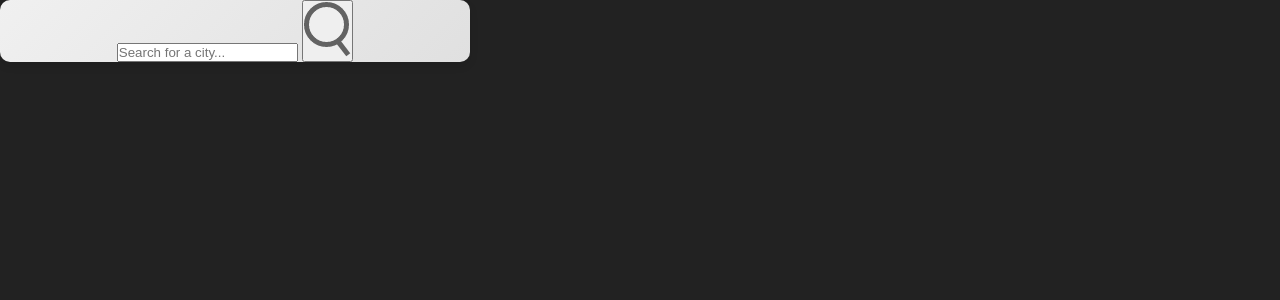
Repository: Abdelilah-Lakrim/Weather-App
Page: index.html
The author's editor kept a copy of each file at every save. The page is drawn from the files as they stood at one save, then again after a run of saves.
The browser window is 1280 px wide. The pictures show the whole page.

Above is the page before, as saved 2025-06-17 11:01:29.

After the next 4 saves:
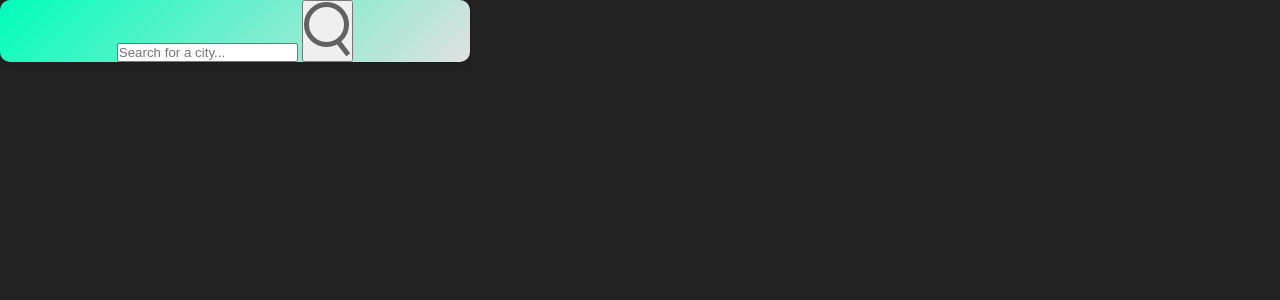
The 4 saves are shown as one change because they came seconds apart.
The last was saved 15 s later.
--- a/style.css
+++ b/style.css
@@ -11,7 +11,7 @@ body{
 .card{
     width: 90%;
     max-width: 470px;
-    background: linear-gradient(135deg, #f0f0f0, #e0e0e0);
+    background: linear-gradient(135deg, #00feba, #e0e0e0);
     background-color: #fff;
     border-radius: 10px;
     box-shadow: 0 4px 8px rgba(0, 0, 0, 0.1);
